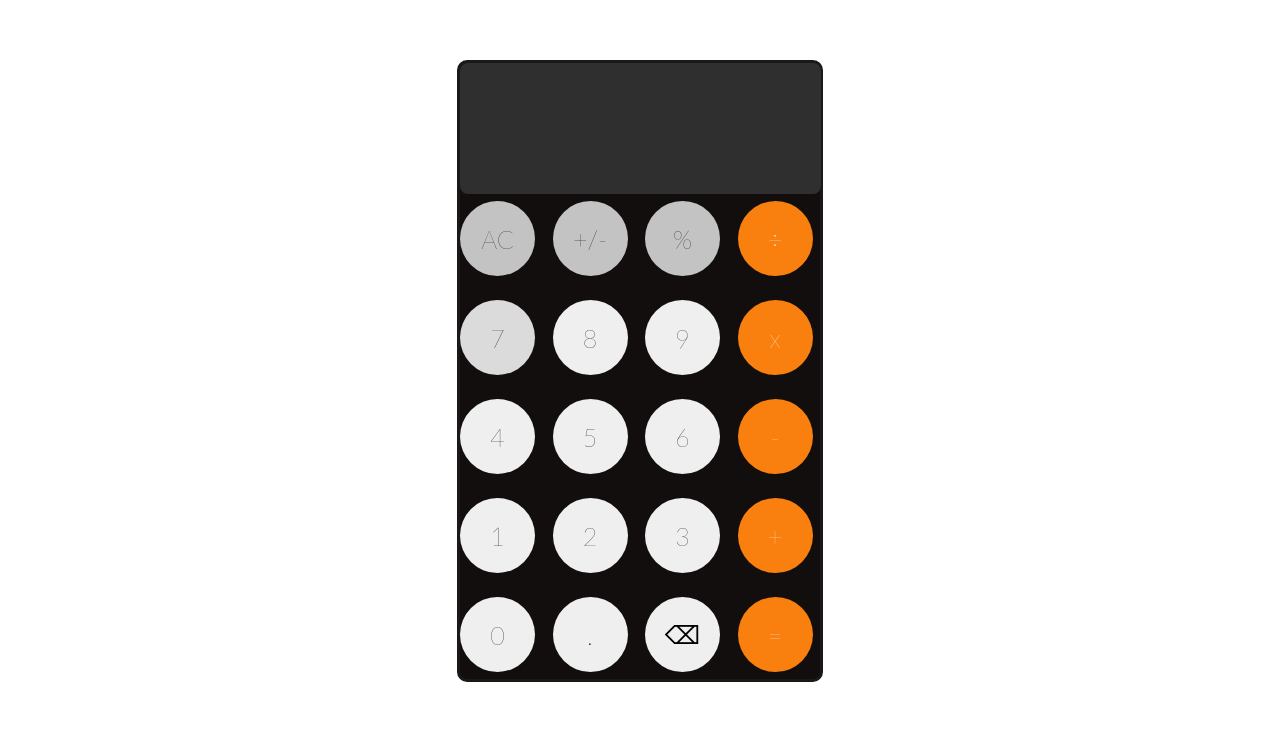
Repository: MhlengiNgubane/BrainnestJsTwo
Page: index.html
The author's editor kept a copy of each file at every save. The page is drawn from the files as they stood at one save, then again after the next save.
The browser window is 1280 px wide. The pictures show the whole page.
The pointer rests on the first visible `.digit`.

Above is the page before, as saved 2022-09-12 02:56:30.

### index.html
<!DOCTYPE html>
<html lang="en">
<head>
    <meta charset="UTF-8">
    <meta http-equiv="X-UA-Compatible" content="IE=edge">
    <meta name="viewport" content="width=device-width, initial-scale=1.0">
    <title>CALCULATOR</title>

    <link rel="stylesheet" href="style.css">
</head>
    <body>
        <div class = "calculator">
            <div class = "display"><p></p></div>
            <div class = "buttons">
                <button id = "AC" class="AC" value="AC">AC</button>
                <button id = "plus_minus" value="+/-">+/-</button>
                <button id = "percent" value="%">%</button>
                <button class="operator" value="/">&divide</button>

                <button class = "digit" value="7">7</button>
                <button class = "digit" value="8">8</button>
                <button class = "digit" value="9">9</button>
                <button class="operator" value="*">x</button>

                <button class = "digit" value="%">4</button>
                <button class = "digit" value="%">5</button>
                <button class = "digit" value="%">6</button>
                <button class="operator" value="%">-</button>

                <button class = "digit" value="%">1</button>
                <button class = "digit" value="%">2</button>
                <button class = "digit" value="%">3</button>
                <button class="operator" value="%">+</button>

                <button class = "digit" id="zero" value="0">0</button>
                <button class = "digit" value=".">.</button>
                <button class = "backspace" value="backspace">⌫</button>
                <button class="operator" value="=">=</button>
            </div>
        </div>
        <script src="App.js"></script>
    </body>
</html>

### style.css
* {
    border: 0;
    margin: 0;
    padding: 0;
    font-family: 'lato';
    font-weight: 100;
}

.calculator {
    align-items: center;
    margin: auto;
    margin-top: 60px;
    width: 360px;
    border: 20px;
    border: 3px solid #1d1818;
    background-color: #130e0e;
    border-radius: 10px;
    margin-bottom: 60px;
}

.display {
    position: relative;
    width: 355px;
    height: 125px;
    border: 3px solid #2f2f2f;
    text-align: right;
    border-radius: 8px;
    background-color: #2f2f2f;
    color: #fff;
}

.display p {
    position: absolute;
    bottom:0;
    right:0;
    font-size: 60px;
}

.buttons {
    display: grid;
    grid-gap: 10px;
    grid-template-columns: repeat(4, 1fr);
    grid-template-rows: repeat(5, 1fr);
}
.digit:hover {
    background-color: #dbdbdb;

}
.operator:hover {
    background-color: #f79132;
}

button {
    border: 1;
    outline: none;
    height: 75px;
    width: 75px;
    border-radius: 70px;
    text-align: center;
    margin-top: 7px;
    margin-bottom: 7px;
    font-size: 25px;
}

.operator {
    background-color: #f9800f;
    color: #fff;
}
#AC:hover {
    background-color: #e0dcdc
}
#AC {
    background-color: #c3c3c3;

}

#plus_minus:hover {
    background-color: #e0dcdc
}
#plus_minus {
    background-color: #c3c3c3;
  }
  #percent:hover {
       background-color: #e0dcdc
}
#percent {
    background-color: #c3c3c3;
}
.operator {
    height: 75px;
    width: 75px;
}

### App.js
/* Add two numbers */
function add(num1, num2){
  return num1 + num2;
}
/* subtract two numbers */
function subtract(num1, num2){
  return num1 - num2;
}
/* multiply two numbers */
function multiply(num1, num2){
  return num1 * num2;
}
/* divide two numbers */
function divide(num1, num2){
  return num1 / num2;
}
/* Make the operations */
function operate(num1, operator, num2){
  if(operator === '+'){
    return add(num1, num2);
  }
  else if(operator === '-'){
    return subtract(num1, num2);
  }
  else if(operator === '*'){
    return multiply(num1, num2);
  }
  else if(operator === '/'){
    return divide(num1, num2);
  }
  return num2;
}

const display = document.querySelector('.display p');

const calculator = {
  displayValue: '0',
  num1: null,
  operator: null,
  num2: false,
};

function clear() {
  calculator.displayValue = '0';
  calculator.num1 = null;
  calculator.operator = null;
  calculator.num2 = false;
}

function updateDisplay() {
  display.value = calculator.displayValue;
}

const buttons = document.querySelector('.buttons');
buttons.addEventListener('click', (e) => {
const target = e.target;

  if (!target.matches('button')) {
      return;
  }

  if (target.classList.contains('clear')) {
      clear();
      updateDisplay();
      return;
  }

  if (target.classList.contains('backspace')) {
      undo();
      return;
  }

  if (target.classList.contains('plusMinus')) {
      plusMinus();
      return;
  }

  if (target.classList.contains('percent')) {
      percentage();
      return;
  }

  if (target.classList.contains('decimal')) {
      decimal(target.value);
      updateDisplay();
      return;
  }

  if (target.classList.contains('operator')) {
      calculate(target.value);
      updateDisplay();
      return;
  }

      displayNumber(target.value);
      updateDisplay();
});

function undo(){
  display.value = display.value.slice(0, -1);
  calculator.displayValue = display.value;
}

function plusMinus(){
  let displayPlusMinus = calculator.displayValue;
  if(displayPlusMinus >= 0){
      display.value = '-' + displayPlusMinus;
  }
  calculator.displayValue = display.value;
}

function percentage(){
  let displayPercent = calculator.displayValue;
  if(displayPercent != 0){
      display.value = displayPercent / 100;
  }
 calculator.displayValue = display.value;
}

function decimal(dot) {
  if (calculator.num2 === true) {
      calculator.displayValue = '0.'
      calculator.num2 = false;
      return
  }
  if (!calculator.displayValue.includes(dot)) {
      calculator.displayValue += dot;
  }
}

function displayNumber(number) {
  let displayValue = calculator.displayValue;
  const num2 = calculator.num2r;

  if (num2 === true) {
      calculator.displayValue = number;
      calculator.num2 = false;
  }
  else if(displayValue === '0'){
      calculator.displayValue = number;
  }
  else{
      calculator.displayValue = displayValue + number;
  }
}

function calculate(inputOperator) {
  const num1 = calculator.num1;
  const displayValue = calculator.displayValue;
  const operator  = calculator.operator;

  const inputValue = parseFloat(displayValue);

  if (operator && calculator.num2)  {
      calculator.operator = inputOperator;
      return;
    }

  if (num1 == null) {
      calculator.num1 = inputValue;

  } else if (operator) {
      const result = operate(operator, num1, inputValue);
      calculator.displayValue = `${parseFloat(result.toFixed(6))}`;
      calculator.num1 = result;
  }
  calculator.num2 = true;
  calculator.operator = inputOperator;
  console.log(calculator);
}

After the next save:
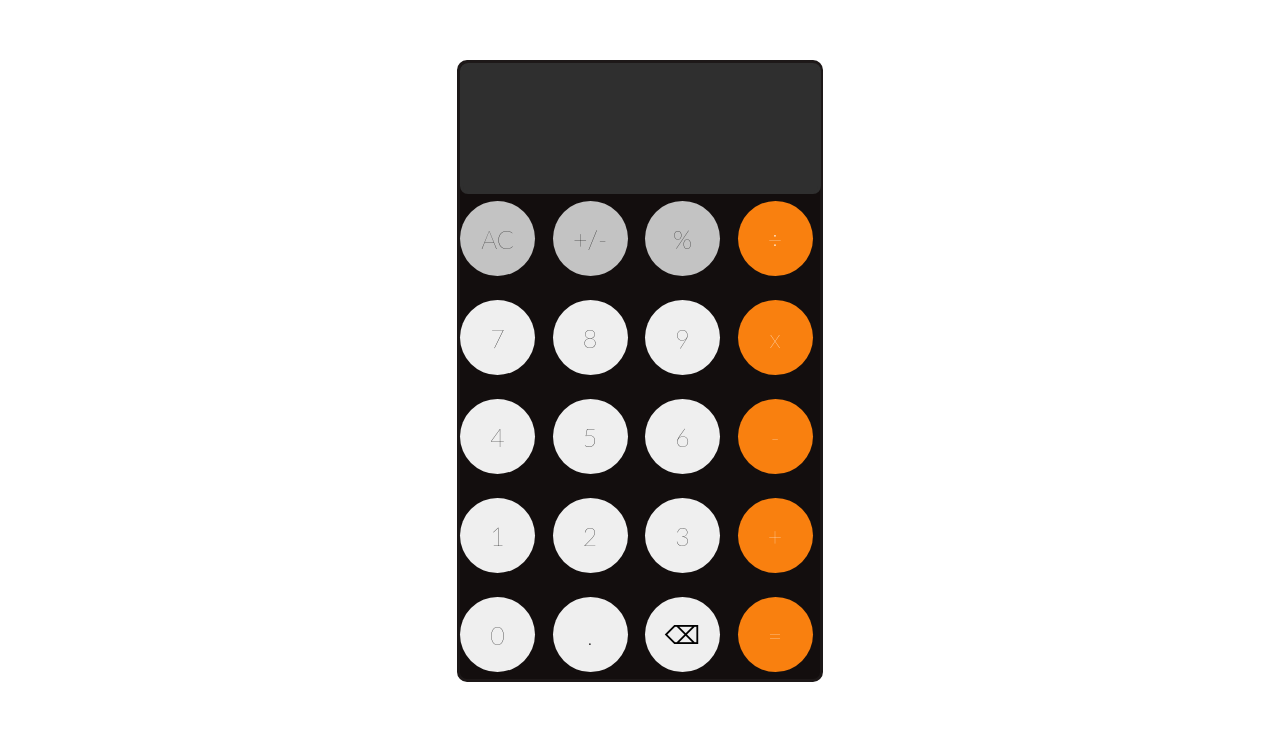
Saved 5 h 13 min later.
--- a/style.css
+++ b/style.css
@@ -42,7 +42,7 @@
     grid-template-columns: repeat(4, 1fr);
     grid-template-rows: repeat(5, 1fr);
 }
-.digit:hover {
+.number:hover {
     background-color: #dbdbdb;
 
 }
